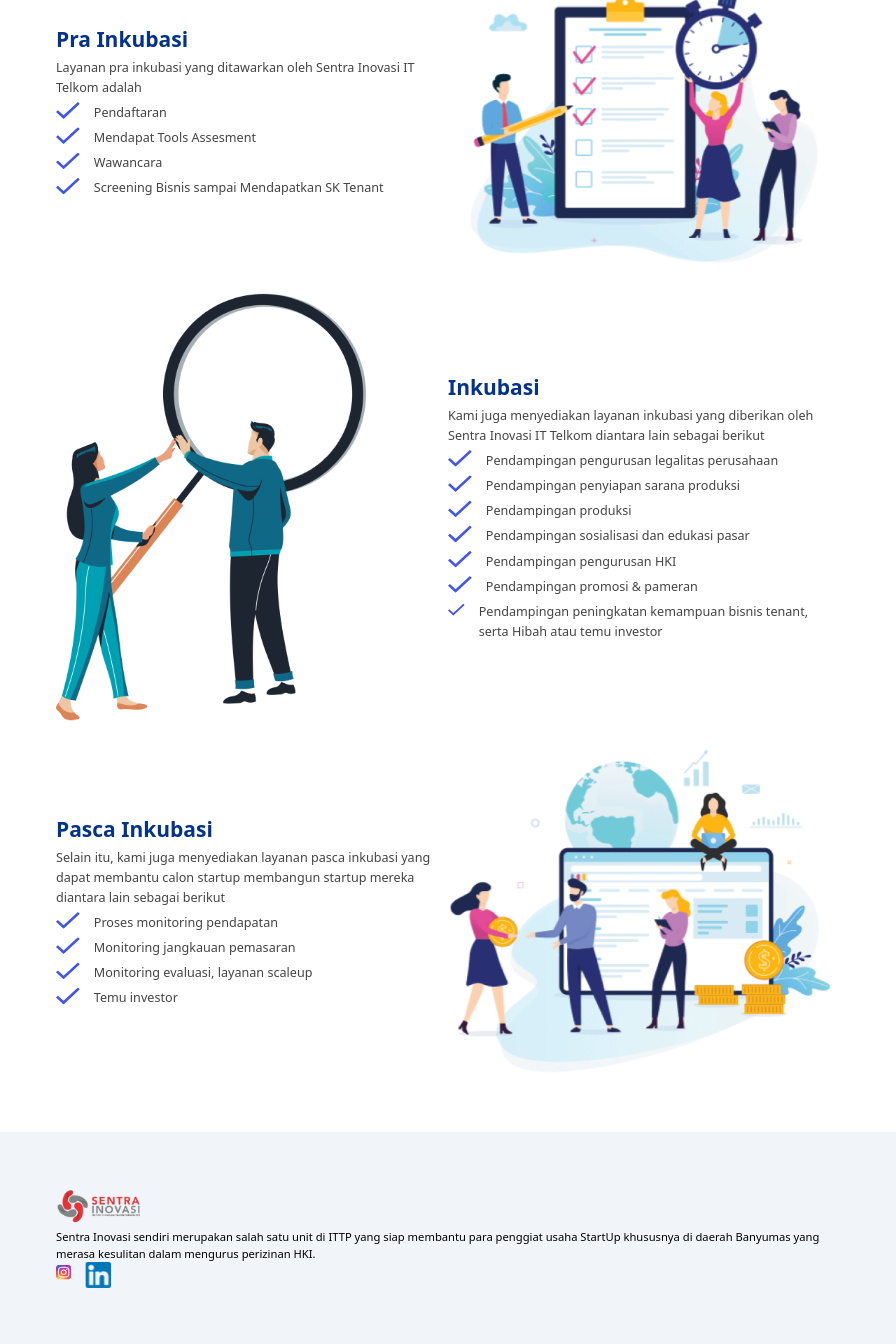
Repository: whytrno/sinovi-products
Page: /
An editor plug-in stored every save of this project. The page is shown before and after the next save, followed by the edit.
The browser window is 1280 px wide. The pictures show the part of the page from y = 1787 to 3707 px (the page is 3707 px tall), at 70% of full size.
The project was rebuilt for these pictures with package versions that can differ from the ones it lists, and the page was loaded fresh each time. The framework's server and built-in components were replaced by stand-ins that run in the browser. Also part of the build but not shown: next.config.js, components/Produk.js.

Above is the page before, as saved 2023-02-24 12:16:35.

After the next save:
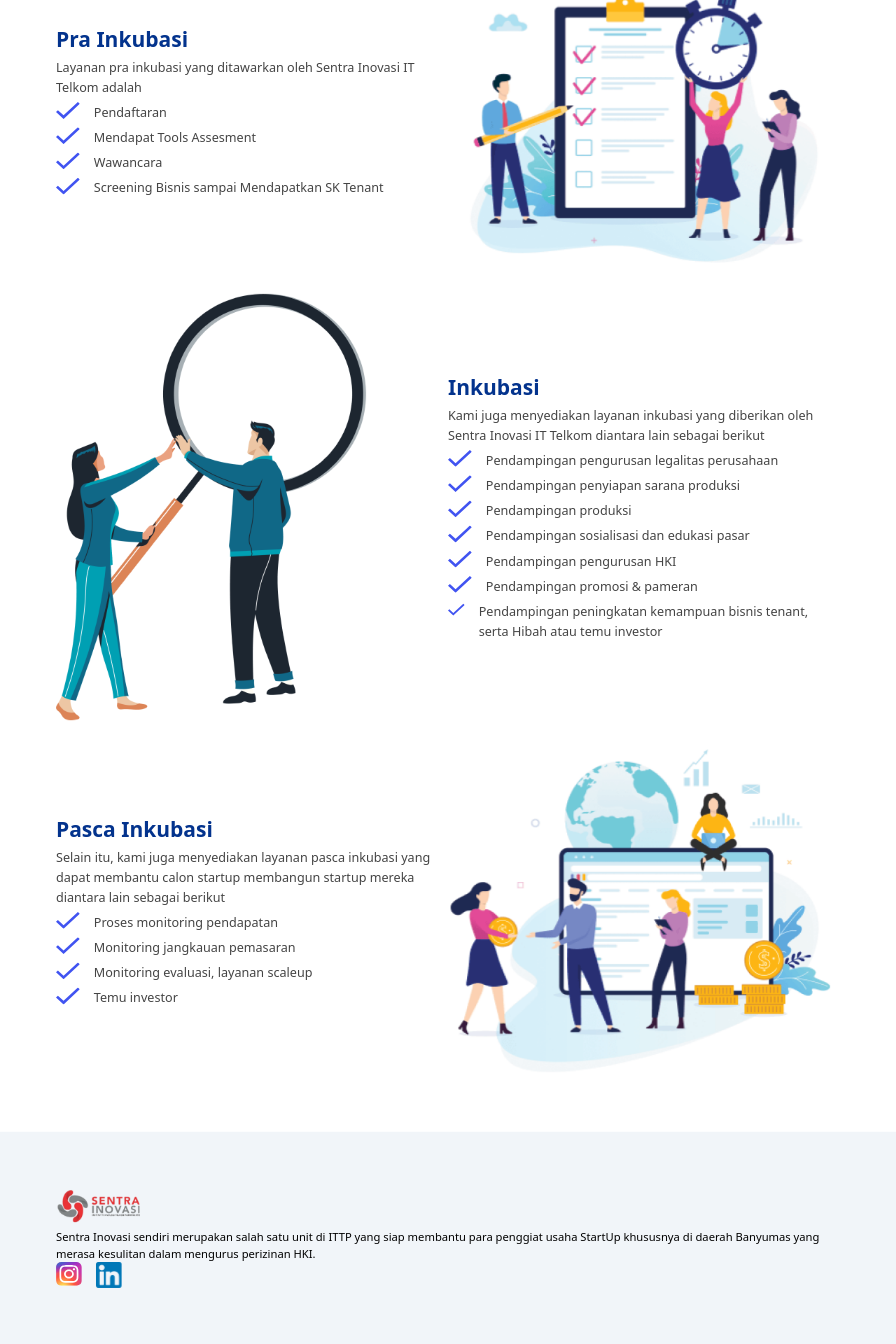
Saved 8 s later.
--- a/components/Icon/InstagramIcon.js
+++ b/components/Icon/InstagramIcon.js
@@ -2,8 +2,8 @@
     return (
         <svg
             xmlns="http://www.w3.org/2000/svg"
-            width="22"
-            height="29"
+            width="37"
+            height="34"
             fill="none"
             viewBox="0 0 42 39"
         >
